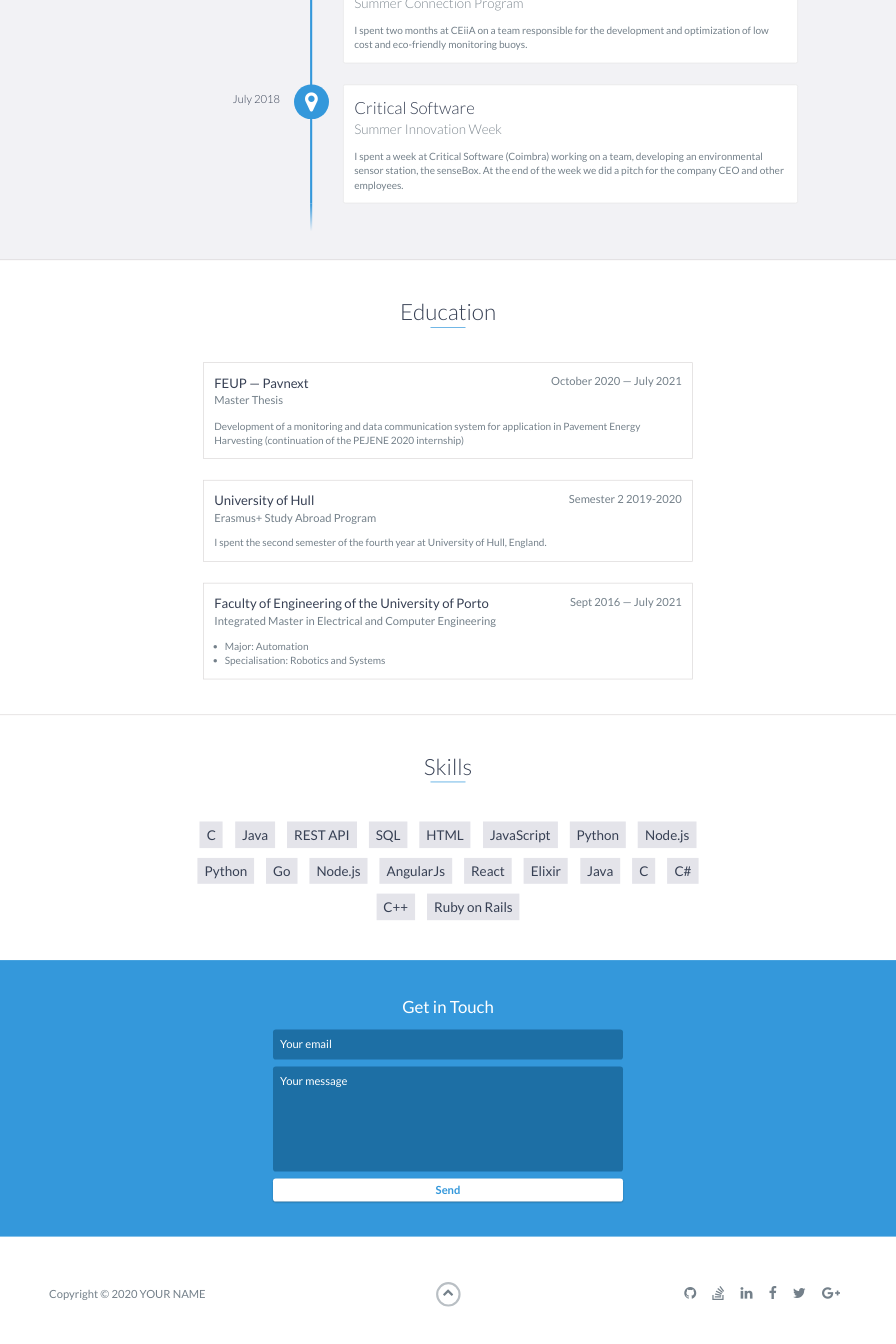
Repository: josegneto/josegneto.github.io
Page: index.html
An editor plug-in stored every save of this project. The page is shown before and after the next save, followed by the edit.
The browser window is 1280 px wide. The pictures show the part of the page from y = 1431 to 3351 px (the page is 3351 px tall), at 70% of full size.

Above is the page before, as saved 2021-11-30 11:39:59.

### index.html
<!DOCTYPE html>
<html class="no-js" lang="en">

<head>
    <meta charset="utf-8">
    <meta http-equiv="X-UA-Compatible" content="IE=edge">
    <meta name="viewport" content="width=device-width, initial-scale=1">
    <title>My Portfolio</title>
    <link rel="shortcut icon" href="favicon.ico" type="image/x-icon">
    <link rel="icon" href="favicon.ico" type="image/x-icon">
    <link href="https://fonts.googleapis.com/css?family=Lato:300,400,700,900" rel="stylesheet">
    <link rel="stylesheet" href="libs/font-awesome/css/font-awesome.min.css">
    <link href="css/bootstrap.min.css" rel="stylesheet">
    <link href="css/styles.css" rel="stylesheet">
</head>

<body>
    <div id="mobile-menu-open" class="shadow-large">
        <i class="fa fa-bars" aria-hidden="true"></i>
    </div>
    <!-- End #mobile-menu-toggle -->
    <header>
        <div id="mobile-menu-close">
            <span>Close</span> <i class="fa fa-times" aria-hidden="true"></i>
        </div>
        <ul id="menu" class="shadow">
            <li>
                <a href="#about">About</a>
            </li>
            <li>
                <a href="#experience">Experience</a>
            </li>
            <li>
                <a href="#education">Education</a>
            </li>
            <li>
                <a href="#projects">Projects</a>
            </li>
            <li>
                <a href="#skills">Skills</a>
            </li>
            <li>
                <a href="#contact">Contact</a>
            </li>
        </ul>
    </header>
    <!-- End header -->

    <div id="lead">
        <div id="lead-content">
            <h1>José Neto</h1>
            <h2>Electrical Engineer</h2>
            <a href="extra/CV_JoseNeto.pdf" class="btn-rounded-white" target="_blank">Download Resume</a>
        </div>
        <!-- End #lead-content -->

        <div id="lead-overlay"></div>

        <div id="lead-down">
            <span>
                <i class="fa fa-chevron-down" aria-hidden="true"></i>
            </span>
        </div>
        <!-- End #lead-down -->
    </div>
    <!-- End #lead -->

    <div id="about">
        <div class="container">
            <div class="row">
                <div class="col-md-4">
                    <h2 class="heading">About Me</h2>
                </div>
                <div class="col-md-8">
                    <h2>Areas of interest</h2>
                    <ul>
                        <li>Robotics</li>
                        <li>Embedded Systems</li>
                        <li>Internet of Things</li>
                        <li>Intelligent Transport Systems</li>
                    </ul>
                </div>
            </div>
        </div>
    </div>
    <!-- End #about -->

    <div id="experience" class="background-alt">
        <h2 class="heading">Experience</h2>
        <div id="experience-timeline">
            <div data-date="July &mdash; September 2020">
                <h3>Pavnext</h3>
                <h4>PEJENE 2020</h4>
                <p>
                    I was part of a team developing a smart-city structure capable of acquiring data from a
                    multi-slave->master system, which will be then presented on a Web interface. </p>
            </div>

            <div data-date="July &mdash; August 2019">
                <h3>CEiiA</h3>
                <h4>Summer Connection Program</h4>
                <p>
                    I spent two months at CEiiA on a team responsible for the development and optimization of low cost
                    and eco-friendly monitoring buoys. </p>
            </div>

            <div data-date="July 2018">
                <h3>Critical Software</h3>
                <h4>Summer Innovation Week</h4>
                <p>
                    I spent a week at Critical Software (Coimbra) working on a team, developing an environmental sensor
                    station, the senseBox. At the end of the week we did a pitch for the company CEO and other
                    employees. </p>
            </div>
        </div>
    </div>
    <!-- End #experience -->

    <div id="education">
        <h2 class="heading">Education</h2>
        <div class="education-block">
            <h3>FEUP &mdash; Pavnext</h3>
            <span class="education-date">October 2020 &mdash; July 2021</span>
            <h4>Master Thesis</h4>
            <p>
                Development of a monitoring and data communication system for application in Pavement Energy Harvesting
                (continuation of the PEJENE 2020 internship)
            </p>
        </div>
        <div class="education-block">
            <h3>University of Hull</h3>
            <span class="education-date">Semester 2 2019-2020</span>
            <h4>Erasmus+ Study Abroad Program</h4>
            <p>
                I spent the second semester of the fourth year at University of Hull,
                England.
            </p>
        </div>
        <div class="education-block">
            <h3>Faculty of Engineering of the University of Porto</h3>
            <span class="education-date">Sept 2016 &mdash; July 2021</span>
            <h4>Integrated Master in Electrical and Computer Engineering</h4>
            <ul>
                <li>
                    Major: Automation
                </li>
                <li>
                    Specialisation: Robotics and Systems
                </li>
            </ul>
        </div>
        <!-- End .education-block -->
    </div>
    <!-- End #education -->

<!--     <div id="projects" class="background-alt">
        <h2 class="heading">Projects</h2>
        <div class="container">
            <div class="row">
                <div class="project shadow-large">
                    <div class="project-image">
                        <img src="images/project.jpg" />
                    </div>
                     End .project-image
                    <div class="project-info">
                        <h3>Project Name Here</h3>
                        <p>
                            Lorem ipsum dolor sit amet, consectetur adipiscing elit. Curabitur in iaculis ex. Etiam
                            volutpat laoreet urna. Morbi ut tortor nec nulla commodo malesuada sit amet vel lacus. Fusce
                            eget efficitur libero. Morbi dapibus porta quam laoreet placerat.
                        </p>
                        <a href="#">View Project</a>
                    </div>
                     End .project-info
                </div>
                 End .project

                <div class="project shadow-large">
                    <div class="project-image">
                        <img src="images/project.jpg" />
                    </div>
                     End .project-image
                    <div class="project-info">
                        <h3>Project Name Here</h3>
                        <p>
                            Lorem ipsum dolor sit amet, consectetur adipiscing elit. Curabitur in iaculis ex. Etiam
                            volutpat laoreet urna. Morbi ut tortor nec nulla commodo malesuada sit amet vel lacus. Fusce
                            eget efficitur libero. Morbi dapibus porta quam laoreet placerat.
                        </p>
                        <a href="#">View Project</a>
                    </div>
                    End .project-info
                </div>
                 End .project
            </div>
        </div>
    </div> -->
    <!-- End #projects -->

    <div id="skills">
        <h2 class="heading">Skills</h2>
        <ul>
            <li>C</li>
            <li>Java</li>
            <li>REST API</li>
            <li>SQL</li>
            <li>HTML</li>

            <li>JavaScript</li>
            <li>Python</li>
            <li>Node.js</li>

            <li>Python</li>
            <li>Go</li>
            <li>Node.js</li>
            <li>AngularJs</li>
            <li>React</li>
            <li>Elixir</li>
            <li>Java</li>
            <li>C</li>
            <li>C#</li>
            <li>C++</li>
            <li>Ruby on Rails</li>
        </ul>
    </div>
    <!-- End #skills -->

    <div id="contact">
        <h2>Get in Touch</h2>
        <div id="contact-form">
            <form method="POST" action="https://formspree.io/email@email.com">
                <input type="hidden" name="_subject" value="Contact request from personal website" />
                <input type="email" name="_replyto" placeholder="Your email" required>
                <textarea name="message" placeholder="Your message" required></textarea>
                <button type="submit">Send</button>
            </form>
        </div>
        <!-- End #contact-form -->
    </div>
    <!-- End #contact -->

    <footer>
        <div class="container">
            <div class="row">
                <div class="col-sm-5 copyright">
                    <p>
                        Copyright &copy; 2020 YOUR NAME
                    </p>
                </div>
                <div class="col-sm-2 top">
                    <span id="to-top">
                        <i class="fa fa-chevron-up" aria-hidden="true"></i>
                    </span>
                </div>
                <div class="col-sm-5 social">
                    <ul>
                        <li>
                            <a href="https://github.com/" target="_blank"><i class="fa fa-github"
                                    aria-hidden="true"></i></a>
                        </li>
                        <li>
                            <a href="https://stackoverflow.com/" target="_blank"><i class="fa fa-stack-overflow"
                                    aria-hidden="true"></i></a>
                        </li>
                        <li>
                            <a href="https://linkedin.com/" target="_blank"><i class="fa fa-linkedin"
                                    aria-hidden="true"></i></a>
                        </li>
                        <li>
                            <a href="https://www.facebook.com/" target="_blank"><i class="fa fa-facebook"
                                    aria-hidden="true"></i></a>
                        </li>
                        <li>
                            <a href="https://twitter.com/" target="_blank"><i class="fa fa-twitter"
                                    aria-hidden="true"></i></a>
                        </li>
                        <li>
                            <a href="https://plus.google.com/" target="_blank"><i class="fa fa-google-plus"
                                    aria-hidden="true"></i></a>
                        </li>
                    </ul>
                </div>
            </div>
        </div>
    </footer>
    <!-- End footer -->

    <script src="https://ajax.googleapis.com/ajax/libs/jquery/1.12.4/jquery.min.js"></script>
    <script src="js/scripts.min.js"></script>
</body>

</html>

### css/styles.css
/*!
Title: Dev Portfolio Template
Version: 1.2.2
Last Change: 03/25/2020
Author: Ryan Fitzgerald
Repo: https://github.com/RyanFitzgerald/devportfolio-template
Issues: https://github.com/RyanFitzgerald/devportfolio-template/issues

Description: This file contains all the styles associated with the page
that don't come from third party libraries. This file gets compiled using
Gulp and send to the /css folder which is then loaded on the page.
*/
body {
	font-family: 'Lato', sans-serif;
	font-size: 16px
}

body.active {
	overflow: hidden;
	z-index: -1
}

.no-js #experience-timeline>div {
	background: #fff;
	padding: 10px;
	margin-bottom: 10px;
	border: 1px solid #dcd9d9
}

.no-js #experience-timeline>div h3 {
	font-size: 1.5em;
	font-weight: 300;
	color: #374054;
	display: inline-block;
	margin: 0
}

.no-js #experience-timeline>div h4 {
	font-size: 1.2em;
	font-weight: 300;
	color: #7e8890;
	margin: 0 0 15px 0
}

.no-js #experience-timeline>div p {
	color: #74808a;
	font-size: 0.9em;
	margin: 0
}

.no-js #experience-timeline:before,
.no-js #experience-timeline:after {
	content: none
}

@keyframes dropHeader {
	0% {
		transform: translateY(-100%)
	}
	100% {
		transform: translateY(0)
	}
}

header {
	position: absolute;
	top: 0;
	left: 0;
	right: 0;
	text-align: center;
	z-index: 10;
	animation-name: dropHeader;
	animation-iteration-count: 1;
	animation-timing-function: ease;
	animation-duration: 0.75s
}

header ul {
	display: inline-block;
	background: #fff;
	text-align: center;
	padding: 10px;
	margin: 0;
	border-bottom-right-radius: 4px;
	border-bottom-left-radius: 4px
}

header li {
	display: inline-block
}

header a {
	display: block;
	color: #3498db;
	padding: 10px
}

header a:hover {
	color: #217dbb;
	text-decoration: none;
	background: #eee;
	border-radius: 4px
}

header a:focus {
	color: #3498db;
	text-decoration: none
}

header.active {
	display: block
}

header.sticky {
	position: fixed;
	z-index: 999
}

#menu.active {
	display: block
}

#mobile-menu-open {
	display: none;
	cursor: pointer;
	position: fixed;
	right: 15px;
	top: 10px;
	color: #3498db;
	font-size: 1.5em;
	z-index: 20;
	padding: 0 7px;
	border-radius: 4px;
	background: #fff
}

#mobile-menu-close {
	display: none;
	text-align: right;
	width: 100%;
	background: #fff;
	font-size: 1.5em;
	padding-right: 15px;
	padding-top: 10px;
	cursor: pointer;
	color: #3498db
}

#mobile-menu-close span {
	font-size: 0.5em;
	text-transform: uppercase
}

#mobile-menu-close i {
	vertical-align: middle
}

footer {
	padding: 50px 0
}

.copyright {
	padding-top: 20px
}

.copyright p {
	margin: 0;
	color: #74808a
}

.top {
	text-align: center
}

.top span {
	cursor: pointer;
	display: block;
	margin: 15px auto 0 auto;
	width: 35px;
	height: 35px;
	border-radius: 50%;
	border: 3px solid #b9bfc4;
	text-align: center
}

.top i {
	color: #74808a
}

.social {
	text-align: right
}

.social ul {
	margin: 5px 0 0 0;
	padding: 0
}

.social li {
	display: inline-block;
	font-size: 1.25em;
	list-style: none
}

.social a {
	display: block;
	color: #74808a;
	padding: 10px
}

.social a:hover {
	color: #3498db
}

.btn-rounded-white {
	display: inline-block;
	color: #fff;
	padding: 15px 25px;
	border: 3px solid #fff;
	border-radius: 30px;
	transition: .5s ease all
}

.btn-rounded-white:hover {
	color: #3498db;
	background: #fff;
	text-decoration: none
}

.shadow {
	box-shadow: 0 1px 3px rgba(0, 0, 0, 0.12), 0 1px 2px rgba(0, 0, 0, 0.24)
}

.shadow-large {
	box-shadow: 0 3px 6px rgba(0, 0, 0, 0.08), 0 3px 6px rgba(0, 0, 0, 0.15)
}

.heading {
	position: relative;
	display: inline-block;
	font-size: 2em;
	font-weight: 300;
	margin: 0 0 30px 0
}

.heading:after {
	position: absolute;
	content: '';
	top: 100%;
	height: 1px;
	width: 50px;
	left: 0;
	right: 0;
	margin: 0 auto;
	background: #3498db
}

.background-alt {
	background: #f2f2f5
}

#lead {
	position: relative;
	height: 100vh;
	min-height: 500px;
	max-height: 1080px;
	background: url(../images/lead-bg.jpg);
	background-size: cover;
	padding: 15px;
	overflow: hidden
}

#lead-content {
	position: absolute;
	z-index: 10;
	top: 50%;
	left: 50%;
	transform: translate(-50%, -50%);
	text-align: center
}

#lead-content h1,
#lead-content h2 {
	margin: 0
}

#lead-content h1 {
	color: #fff;
	font-weight: 900;
	font-size: 5em;
	text-transform: uppercase;
	letter-spacing: 0.05em;
	line-height: 0.9em
}

#lead-content h2 {
	color: #a0cfee;
	font-weight: 500;
	font-size: 2.25em;
	margin-bottom: 15px
}

#lead-overlay {
	position: absolute;
	height: 100%;
	width: 100%;
	top: 0;
	right: 0;
	bottom: 0;
	left: 0;
	background: rgba(33, 125, 187, 0.8);
	z-index: 1
}

#lead-down {
	position: absolute;
	left: 0;
	right: 0;
	width: 100%;
	text-align: center;
	z-index: 10;
	bottom: 15px;
	color: #fff
}

#lead-down span {
	cursor: pointer;
	display: block;
	margin: 0 auto;
	width: 35px;
	height: 35px;
	border-radius: 50%;
	border: 3px solid #a0cfee;
	text-align: center
}

#lead-down i {
	animation: pulsate 1.5s ease;
	animation-iteration-count: infinite;
	padding-top: 5px
}

@keyframes pulsate {
	0% {
		transform: scale(1, 1)
	}
	50% {
		transform: scale(1.2, 1.2)
	}
	100% {
		transform: scale(1, 1)
	}
}

#about {
	padding: 75px 15px;
	border-bottom: 1px solid #dcd9d9
}

#about h2 {
	color: #374054
}

#about p, #about ul, #about li {
	color: #74808a;
	margin: 0
}

#experience {
	padding: 50px 15px;
	text-align: center;
	border-bottom: 1px solid #dcd9d9
}

#experience h2 {
	color: #374054
}

#experience-timeline {
	margin: 30px auto 0 auto;
	position: relative;
	max-width: 1000px
}

#experience-timeline:before {
	position: absolute;
	content: '';
	top: 0;
	bottom: 0;
	left: 303px;
	right: auto;
	height: 100%;
	width: 3px;
	background: #3498db;
	z-index: 0
}

#experience-timeline:after {
	position: absolute;
	content: '';
	width: 3px;
	height: 40px;
	background: #3498db;
	background: linear-gradient(to bottom, #3498db, rgba(52, 152, 219, 0));
	top: 100%;
	left: 303px
}

.vtimeline-content {
	margin-left: 350px;
	background: #fff;
	border: 1px solid #e6e6e6;
	padding: 15px;
	border-radius: 3px;
	text-align: left
}

.vtimeline-content h3 {
	font-size: 1.5em;
	font-weight: 300;
	color: #374054;
	display: inline-block;
	margin: 0
}

.vtimeline-content h4 {
	font-size: 1.2em;
	font-weight: 300;
	color: #7e8890;
	margin: 0 0 15px 0
}

.vtimeline-content p {
	color: #74808a;
	font-size: 0.9em;
	margin: 0
}

.vtimeline-point {
	position: relative;
	display: block;
	vertical-align: top;
	margin-bottom: 30px
}

.vtimeline-icon {
	position: relative;
	color: #fff;
	width: 50px;
	height: 50px;
	background: #3498db;
	border-radius: 50%;
	float: left;
	z-index: 99;
	margin-left: 280px
}

.vtimeline-icon i {
	display: block;
	font-size: 2em;
	margin-top: 10px
}

.vtimeline-date {
	width: 260px;
	text-align: right;
	position: absolute;
	left: 0;
	top: 10px;
	font-weight: 300;
	color: #374054
}

#education {
	padding: 50px 15px 20px 15px;
	border-bottom: 1px solid #dcd9d9;
	text-align: center
}

#education h2 {
	color: #374054;
	margin-bottom: 50px
}

.education-block {
	max-width: 700px;
	margin: 0 auto 30px auto;
	padding: 15px;
	border: 1px solid #dcd9d9;
	text-align: left
}

.education-block h3 {
	font-weight: 500;
	float: left;
	margin: 0;
	color: #374054
}

.education-block span {
	color: #74808a;
	float: right
}

.education-block h4 {
	color: #74808a;
	clear: both;
	font-weight: 500;
	margin: 0 0 15px 0
}

.education-block p,
.education-block ul {
	margin: 0;
	color: #74808a;
	font-size: 0.9em
}

.education-block ul {
	padding: 0 0 0 15px
}

#projects {
	padding: 50px 15px;
	border-bottom: 1px solid #dcd9d9;
	text-align: center
}

#projects h2 {
	color: #374054;
	margin-bottom: 50px
}

.project {
	position: relative;
	max-width: 900px;
	margin: 0 auto 30px auto;
	overflow: hidden;
	background: #fff;
	border-radius: 4px
}

.project-image {
	float: left
}

.project-info {
	position: absolute;
	top: 50%;
	transform: translateY(-50%);
	margin-left: 300px;
	padding: 15px
}

.project-info h3 {
	font-size: 1.5em;
	font-weight: 300;
	color: #374054;
	margin: 0 0 15px 0
}

.project-info p {
	color: #74808a;
	margin: 0 0 15px 0;
	font-size: 0.9em
}

.no-image .project-info {
	position: relative;
	margin: 0;
	padding: 30px 15px;
	transform: none
}

#more-projects {
	display: none
}

#skills {
	padding: 50px 15px;
	text-align: center
}

#skills h2 {
	color: #374054;
	margin-bottom: 50px
}

#skills ul {
	display: block;
	margin: 0 auto;
	padding: 0;
	max-width: 800px
}

#skills li {
	display: inline-block;
	margin: 7px;
	padding: 5px 10px;
	color: #374054;
	background: #e4e4ea;
	list-style: none;
	cursor: default;
	font-size: 1.2em
}

#contact {
	padding: 50px 15px;
	background: #3498db;
	text-align: center
}

#contact h2 {
	margin: 0 0 15px 0;
	color: #fff;
	font-weight: 500
}

#contact-form {
	max-width: 500px;
	margin: 0 auto
}

#contact-form input,
#contact-form textarea {
	display: block;
	width: 100%;
	padding: 10px;
	border-radius: 4px;
	border: none;
	margin-bottom: 10px;
	background: #1d6fa5;
	color: #fff;
	transition: .5s ease all
}

#contact-form input::-webkit-input-placeholder,
#contact-form textarea::-webkit-input-placeholder {
	color: #fff
}

#contact-form input:-moz-placeholder,
#contact-form textarea:-moz-placeholder {
	color: #fff;
	opacity: 1
}

#contact-form input::-moz-placeholder,
#contact-form textarea::-moz-placeholder {
	color: #fff;
	opacity: 1
}

#contact-form input:-ms-input-placeholder,
#contact-form textarea:-ms-input-placeholder {
	color: #fff
}

#contact-form input:focus,
#contact-form textarea:focus {
	outline: none;
	background: #16527a
}

#contact-form textarea {
	height: 150px;
	resize: none
}

#contact-form button {
	display: block;
	width: 100%;
	background: #fff;
	border-radius: 4px;
	padding: 5px 10px;
	border: none;
	color: #3498db;
	font-weight: 700;
	box-shadow: 0 1px 3px rgba(0, 0, 0, 0.12), 0 1px 2px rgba(0, 0, 0, 0.24);
	transition: .5s ease all
}

#contact-form button:hover {
	box-shadow: 0 10px 20px rgba(0, 0, 0, 0.19), 0 6px 6px rgba(0, 0, 0, 0.23)
}

.optional-section {
	padding: 50px 15px;
	text-align: center;
	border-top: 1px solid #dcd9d9
}

.optional-section h2 {
	color: #374054
}

.optional-section-block {
	max-width: 700px;
	margin: 0 auto 30px auto;
	padding: 15px;
	border: 1px solid #dcd9d9;
	background: #fff;
	text-align: left
}

.optional-section-block h3 {
	font-weight: 500;
	margin: 0 0 15px 0;
	color: #374054
}

.optional-section-block h4 {
	color: #74808a;
	clear: both;
	font-weight: 500;
	margin: 0 0 15px 0
}

.optional-section-block p,
.optional-section-block ul {
	margin: 0 0 15px 0;
	color: #74808a;
	font-size: 0.9em
}

.optional-section-block ul {
	padding: 0 0 0 15px
}

@media only screen and (max-width: 750px) {
	#experience-timeline:before,
	#experience-timeline:after {
		left: 23px
	}
	.vtimeline-date {
		width: auto;
		text-align: left;
		position: relative;
		margin-bottom: 15px;
		display: block;
		margin-left: 70px
	}
	.vtimeline-icon {
		margin-left: 0
	}
	.vtimeline-content {
		margin-left: 70px
	}
}

@media only screen and (max-width: 992px) {
	#lead {
		height: auto;
		min-height: auto;
		max-height: auto;
		padding: 100px 15px
	}
	#lead-content {
		position: relative;
		transform: none;
		left: auto;
		top: auto
	}
	#lead-content h1 {
		font-size: 3em
	}
	#lead-content h2 {
		font-size: 1.75em
	}
	#about {
		text-align: center
	}
	#about p {
		text-align: left
	}
}

@media only screen and (max-width: 768px) {
	header {
		position: fixed;
		display: none;
		z-index: 999;
		animation: none;
		bottom: 0;
		height: 100%
	}
	#mobile-menu-open,
	#mobile-menu-close {
		display: block
	}
	#menu {
		height: 100%;
		overflow-y: auto;
		box-shadow: none;
		border-radius: 0;
		width: 100%
	}
	#menu li {
		display: block;
		margin-bottom: 10px
	}
	#lead-content h1 {
		font-size: 2em
	}
	#lead-content h2 {
		font-size: 1.3em
	}
	#lead-content a {
		padding: 10px 20px
	}
	#lead-down {
		display: none
	}
	.education-block h3,
	.education-block span {
		float: none
	}
	.project-image {
		display: none
	}
	.project-info {
		position: relative;
		margin: 0;
		padding: 30px 15px;
		top: auto;
		transform: none
	}
	footer {
		text-align: center
	}
	.social {
		text-align: center
	}
}

@media only screen and (max-width: 480px) {
	#lead-content h1 {
		font-size: 1.5em
	}
	#lead-content h2 {
		font-size: 1em
	}
	#lead-content a {
		font-size: 0.9em;
		padding: 5px 10px
	}
}

Loaded but not shown: libs/font-awesome/css/font-awesome.min.css (library); css/bootstrap.min.css (library); js/scripts.min.js (common file)

After the next save:
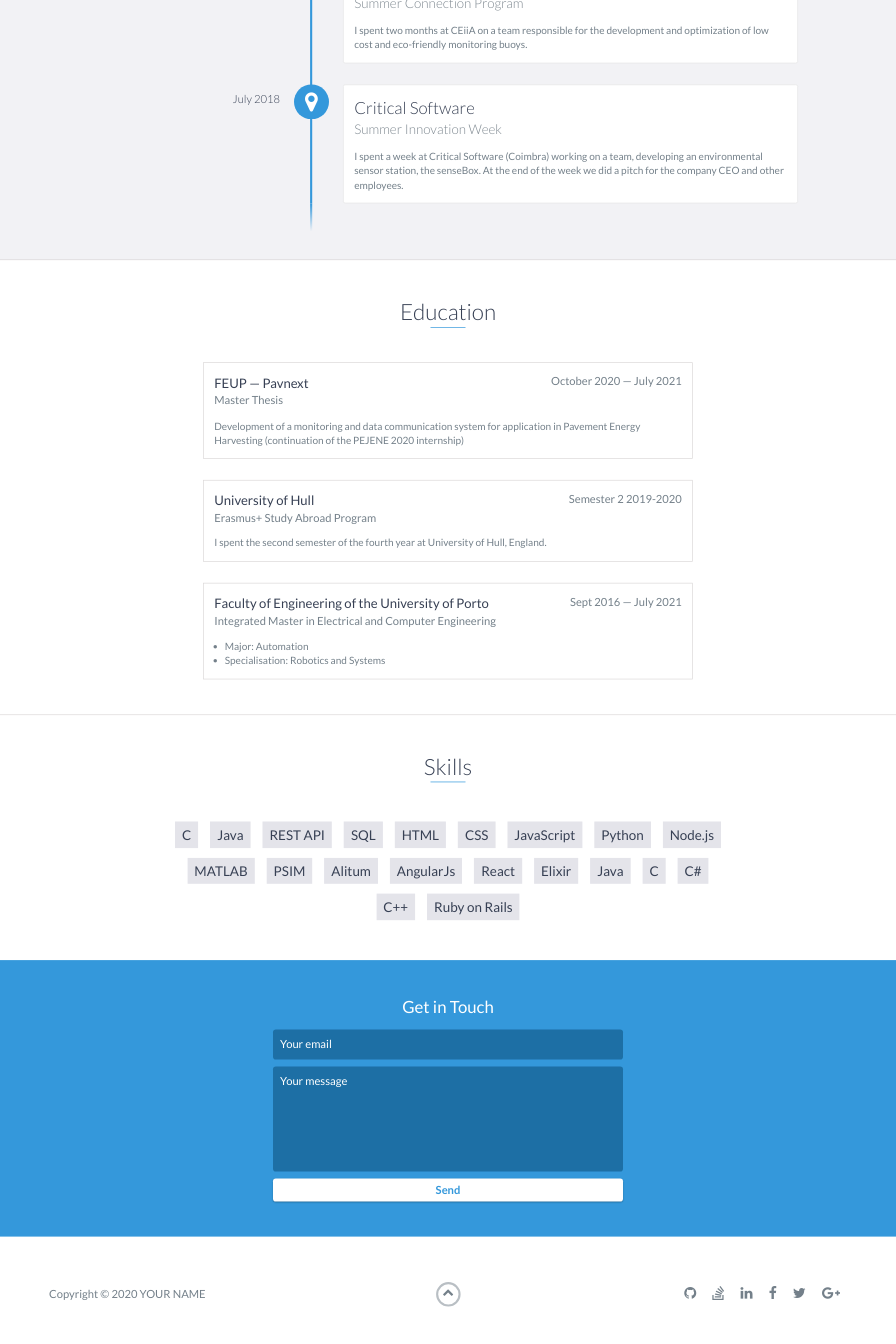
Saved 38 s later.
--- a/index.html
+++ b/index.html
@@ -205,14 +205,14 @@
             <li>REST API</li>
             <li>SQL</li>
             <li>HTML</li>
-
+            <li>CSS</li>
             <li>JavaScript</li>
             <li>Python</li>
             <li>Node.js</li>
 
-            <li>Python</li>
-            <li>Go</li>
-            <li>Node.js</li>
+            <li>MATLAB</li>
+            <li>PSIM</li>
+            <li>Alitum</li>
             <li>AngularJs</li>
             <li>React</li>
             <li>Elixir</li>
